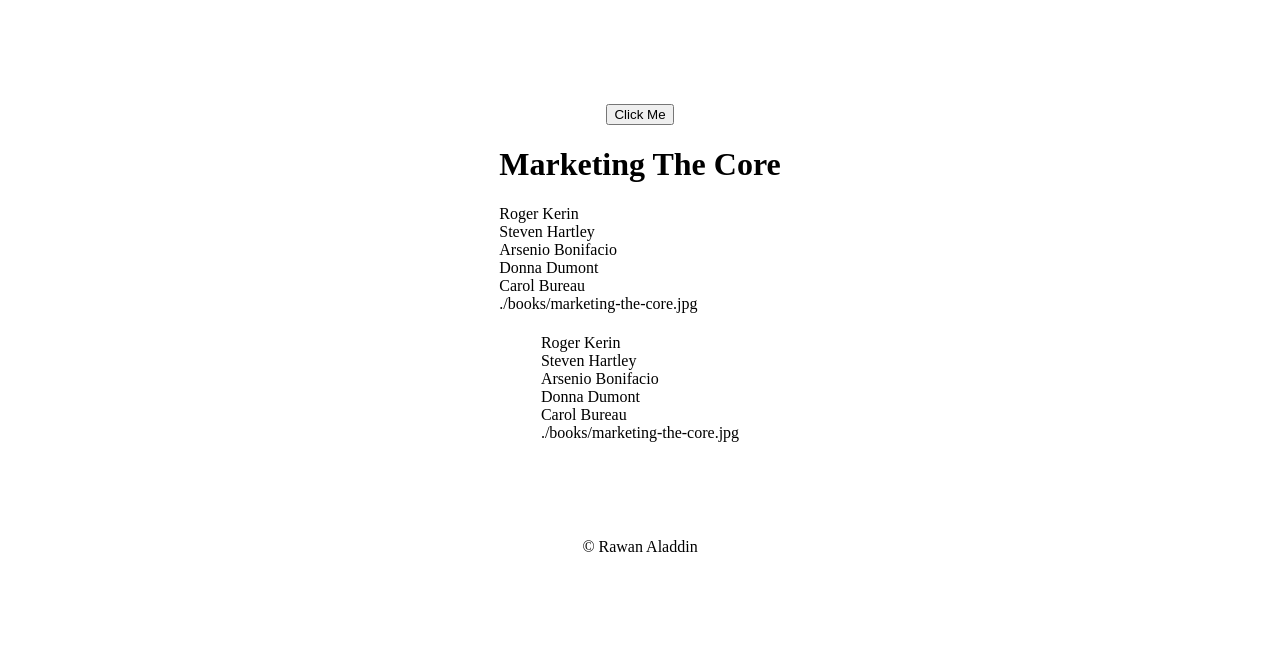
Repository: Aladdin3r/mdia2109
Page: / (app in a01386700_aladdin_assessment_3/), after clicking the first element matching `button`
An editor plug-in stored every save of this project. The page is shown before and after the next save, followed by the edit.
The browser window is 1280 px wide. The pictures show the whole page.
The project was rebuilt for these pictures with package versions that can differ from the ones it lists, and the page was loaded fresh each time. The framework's server and built-in components were replaced by stand-ins that run in the browser. Also part of the build but not shown: a01386700_aladdin_assessment_3/next.config.mjs.

Above is the page before, as saved 2024-02-13 13:41:26.

### a01386700_aladdin_assessment_3/pages/index.js
import Head from "next/head";
import styles from "@/styles/Home.module.css";
import Footer from "@/components/Footer";
import { inventory } from "@/data/books";
import { useState } from "react";

export default function Home() {

  const [data, setData] = useState();

  const addingData = () => {
    console.log("here");
    setData(inventory);
    console.log(inventory);
  }

  return (
    <>
      <Head>
        <title>BCIT Book Store</title>
        <meta name="description"
        content=
        "All online pick-up orders are available at the Burnaby Campus Bookstore (SE2). Please allow 2-3 business days for order processing."
       />
        <meta name="viewport" content="width=device-width, initial-scale=1" />
        <link rel="icon" href="/favicon.ico" />
      </Head>
      <main className={`${styles.main}`}>
        <button onClick={() => addingData()}>Click Me</button>
        {
          data && data.books.map((b, index) => {
            if(b.edition == 6) {
              return(
                <div key={index}>
                  <h1>{b.title}</h1>
                  {
                    b.authors && b.authors.map((a, ind) => {
                      return(
                        <div key={ind}>
                          {a}
                        </div>
                      )
                    })
                  }
                    {b.image}
                </div>
              )
            }
          })

        }
      </main>
      <Footer/>
    </>
  );
}

### a01386700_aladdin_assessment_3/styles/globals.css
:root {
 background-color: #fff;
 --highlight: #FFF400;
 --blue: #003C71;
 --white-text: #fff;
 --product-background: rgb(245,245,245);
}

### a01386700_aladdin_assessment_3/styles/Home.module.css
.main {
  display: flex;
  flex-direction: column;
  justify-content: space-between;
  align-items: center;
  padding: 6rem;
  min-height: 20vh;
}

### a01386700_aladdin_assessment_3/components/Footer/index.js
import styles from './Footer.module.css'

export default function Footer() {
    return(
        <footer className={styles.footer}>
            &#xa9; Rawan Aladdin
        </footer>
    )
}

### a01386700_aladdin_assessment_3/data/books.js
export const inventory = {
    books: [
        {
            course: "MKTG 1102",
            title: "Marketing The Core",
            authors: ["Roger Kerin", "Steven Hartley", "Arsenio Bonifacio", "Donna Dumont", "Carol Bureau"],
            edition: 6,
            image: "./books/marketing-the-core.jpg"
        },
        {
            course: "COMM 1120",
            title: "",
            authors: ["Roger Kerin", "Steven Hartley", "Arsenio Bonifacio", "Donna Dumont", "Carol Bureau"],
            edition: 6,
            image: "./books/marketing-the-core.jpg"
        },
    ]
}

### a01386700_aladdin_assessment_3/components/Footer/Footer.module.css
.footer {
    display: flex;
    justify-content: center;
}

Loaded but not shown: a01386700_aladdin_assessment_3/pages/_app.js (common file); a01386700_aladdin_assessment_3/pages/_document.js (common file)

After the next save:
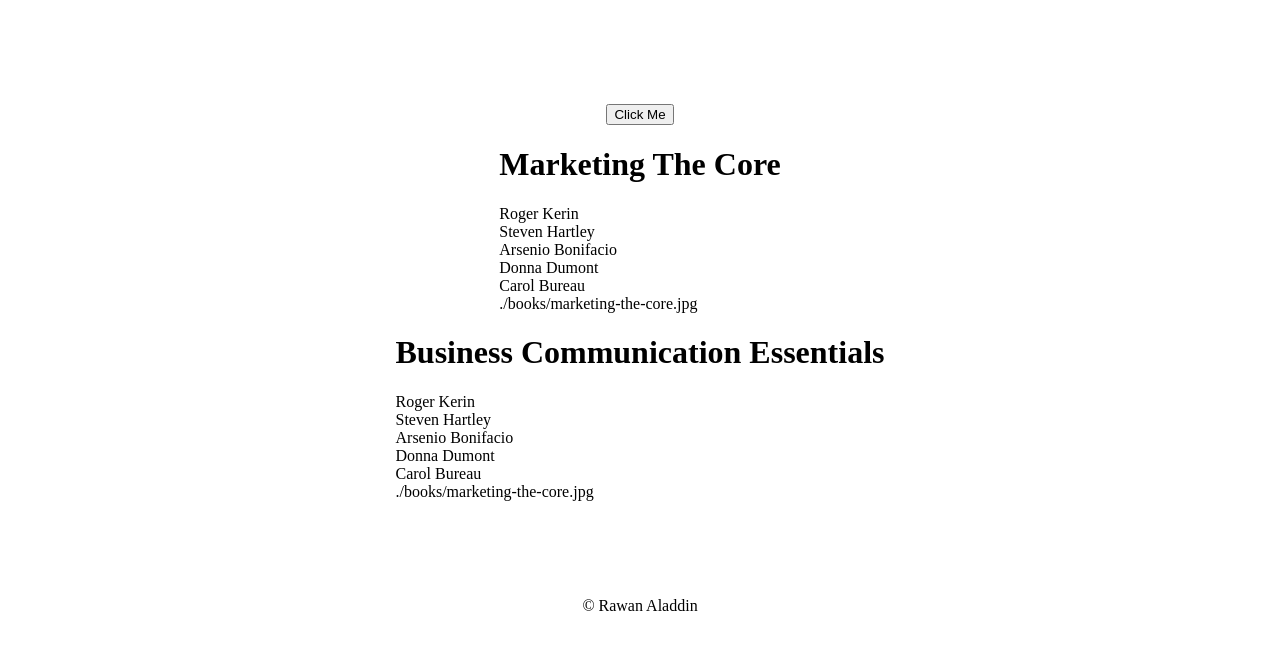
Saved 14 s later.
--- a/a01386700_aladdin_assessment_3/data/books.js
+++ b/a01386700_aladdin_assessment_3/data/books.js
@@ -9,7 +9,7 @@ export const inventory = {
         },
         {
             course: "COMM 1120",
-            title: "",
+            title: "Business Communication Essentials",
             authors: ["Roger Kerin", "Steven Hartley", "Arsenio Bonifacio", "Donna Dumont", "Carol Bureau"],
             edition: 6,
             image: "./books/marketing-the-core.jpg"
